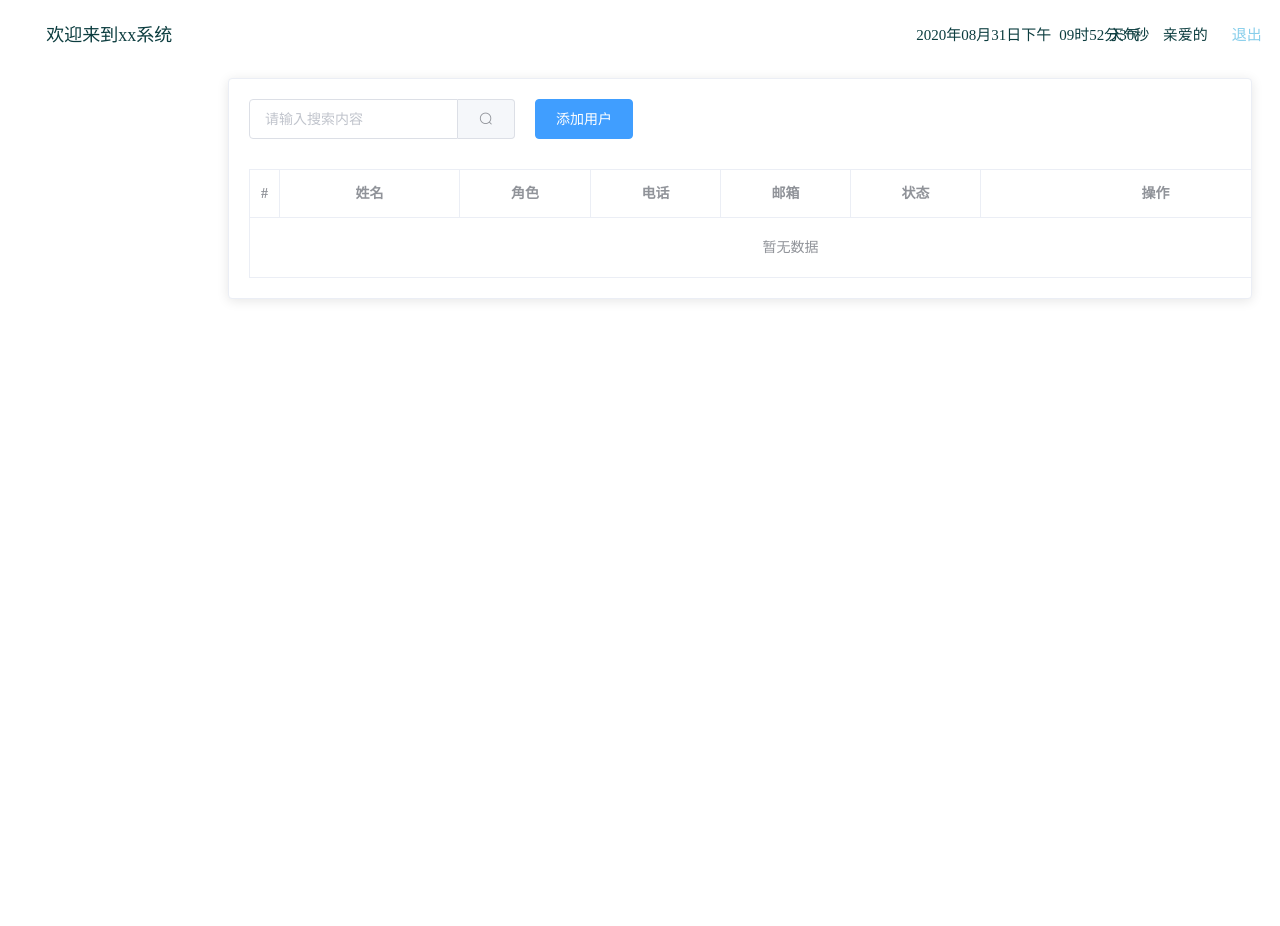
Repository: 2510699771/background-system
Page: /users/users
The author's editor kept a copy of each file at every save. The page is drawn from the files as they stood at one save, then again after the next save.
The browser window is 1280 px wide. The pictures show the whole page.
The page's requests for data from a server got no answer. The project was rebuilt for these pictures with package versions that can differ from the ones it lists, and the page was loaded fresh each time. No one was signed in, and anything a server would have sent is missing. Also part of the build but not shown: vue.config.js, src/views/Home.vue.

Above is the page before, as saved 2020-08-31 22:08:01.

### src/main.js
import Vue from 'vue'
import App from './App.vue'
import router from './router'
import store from './store'
import ElementUI from 'element-ui';
import 'element-ui/lib/theme-chalk/index.css';

Vue.config.productionTip = false
Vue.use(ElementUI);

new Vue({
  router,
  store,
  el: '#app',
  render: h => h(App)
}).$mount('#app')

### src/App.vue
<template>
  <div id="app">

    <router-view/>
  </div>
</template>

<style lang="stylus">
</style>

### src/router/index.js
import Vue from 'vue'
import VueRouter from 'vue-router'
import Home from '../views/Home.vue'
import Layout from "../views/Layout/Layout.vue"

Vue.use(VueRouter)

const routes = [
  //首页
  {
    path: "/home",
    component: Layout,
    meta: {
      icon: 'el-icon-s-home'
    },
    children: [{
      path: "",
      name: 'Home',
      component: Home,
      meta: {
        title: '首页',
        parentpath: '/home',
        icon: 'el-icon-s-home'
      }
    }, ]
  },
  {
    path: '/',
    redirect: '/home'
  },
  //数据统计
  {
    path: "/reports",
    component: Layout,
    meta: {
      icon: 'el-icon-message'
    },
    children: [{
      path: "reports",
      name: "reports",
      component: () => import("../views/Reports/Reports.vue"),
      meta: {
        title: '数据报表',
        parentpath: "/reports/reports",
        icon: 'el-icon-position'
      }
    }]
  },
  //订单管理
  {
    path: "/orders",
    component: Layout,
    meta: {
      icon: 'el-icon-notebook-2'
    },
    children: [{
      path: "orders",
      name: "orders",
      component: () => import("../views/Orders/Orders.vue"),
      meta: {
        title: '订单列表',
        parentpath: "/orders/orders",
        icon: 'el-icon-folder-add'
      }
    }, ]
  },
  //商品管理
  {
    path: "/goods",
    component: Layout,
    meta: {
      icon: 'el-icon-shopping-bag-1'
    },
    children: [{
        path: "goods",
        name: "goods",
        component: () => import("../views/Goodlist/Goodlist.vue"),
        meta: {
          title: '商品列表',
          parentpath: "/goods/goods",
          icon: 'el-icon-bangzhu'
        }
      },
      {
        path: "params",
        name: "params",
        component: () => import("../views/Goodsparams/Goodsparams.vue"),
        meta: {
          title: '分类参数',
          parentpath: "/goods/params",
          icon: 'el-icon-bell'
        }
      }, {
        path: "categories",
        name: "categories",
        component: () => import("../views/GoodsCategories/GoodsCategories.vue"),
        meta: {
          title: '商品分类',
          parentpath: "/goods/categories",
          icon: 'el-icon-date'
        }
      },
    ]
  },
  //用户管理
  {
    path: "/users",
    component: Layout,
    meta: {
      icon: 'el-icon-user'
    },
    children: [{
      path: "users",
      name: "users",
      component: () => import("../views/UserList/UserList.vue"),
      meta: {
        title: '用户列表',
        parentpath: "/users/users",
        icon: 'el-icon-user'
      }
    }, ]
  },
  //权限管理
  {
    path: "/rights",
    component: Layout,
    meta: {
      icon: 'el-icon-folder'
    },
    children: [{
      path: "roles",
      name: "roles",
      component: () => import("../views/Rolelist/Rolelist.vue"),
      meta: {
        title: '角色列表',
        parentpath: "/rights/roles",
        icon: 'el-icon-setting'
      }
    }, {
      path: "rights",
      name: "rights",
      component: () => import("../views/Permissionslist/Permissionslist.vue"),
      meta: {
        title: '权限列表',
        parentpath: "/rights/rights",
        icon: 'el-icon-c-scale-to-original'
      }
    }, ]
  },
  //登录
  {
    path: '/login',
    name: 'login',
    component: () => import('../views/Login/Login.vue')
  }
]
const isPro = process.env.NODE_ENV === 'production'

const router = new VueRouter({
  mode: isPro ? 'hash' : 'history',
  base: process.env.BASE_URL,
  routes
})

export default router

### src/store/index.js
import Vue from 'vue'
import Vuex from 'vuex'
import user from "./user/user"

Vue.use(Vuex)

export default new Vuex.Store({
  //存储共享数据
  state: {},
  //同步修改state的值
  mutations: {},
  //用来发请求，异步提交mutation
  actions: {},
  //模块
  modules: {
    user
  }
})

### src/views/Layout/Layout.vue
<template>
  <div>
    <el-container>
      <el-header height="50px">
        <top></top>
      </el-header>
      <el-container>
        <el-aside width="200px">
          <left></left>
        </el-aside>
        <el-main>
          <router-view />
        </el-main>
      </el-container>
    </el-container>
  </div>
</template>

<script>
import top from "../../components/Layout/Top";
import left from "../../components/Layout/Left";
export default {
  name: "",
  //接受父组件传递的数据
  props: {},
  //注册组件
  components: {
    top,
    left,
  },
  data() {
    return {};
  },
  methods: {},
  mounted() {},
  watch: {},
  computed: {},
};
</script>

<style scoped lang='scss'>
.el-main {
  height: 860px;
}
</style>

### src/views/UserList/UserList.vue
<template>
  <div>
    <el-card class="box-card">
      <div style="width:30vw;display:flex">
        <el-input placeholder="请输入搜索内容" v-model="value" class="input-with-select">
          <el-button slot="append" icon="el-icon-search"></el-button>
        </el-input>
        <el-button type="primary" style="margin-left:20px">添加用户</el-button>
      </div>
      <div style="width:84.5vw;margin-top:30px">
        <el-table :data="userslist" border style="width: 100%" stripe>
          <el-table-column prop="date" label="#" width="30" type="index" align="center"></el-table-column>
          <el-table-column prop="username" label="姓名" width="180" align="center"></el-table-column>
          <el-table-column prop="role_name" label="角色" align="center"></el-table-column>
          <el-table-column prop="create_time" label="电话" align="center"></el-table-column>
          <el-table-column prop="email" label="邮箱" align="center"></el-table-column>
          <el-table-column prop="address" label="状态" align="center">
            <template slot-scope="scope">
              <el-switch
                v-model="scope.row.mg_state"
                active-color="#13ce66"
                @change="change(scope)"
                inactive-color="#A9A9A9"
              ></el-switch>
            </template>
          </el-table-column>
          <el-table-column prop="address" label="操作" align="center" width="350px" min-width="10px">
            <template slot-scope="scope">
              <el-button
                type="primary"
                size="mini"
                icon="el-icon-edit"
                @click="handleEdit(scope.$index, scope.row)"
              ></el-button>
              <el-button
                type="danger"
                icon="el-icon-delete"
                size="mini"
                @click="handleEdit(scope.$index, scope.row)"
              ></el-button>
              <el-button
                type="warning"
                size="mini"
                icon="el-icon-setting"
                @click="handleEdit(scope.$index, scope.row)"
              ></el-button>
            </template>
          </el-table-column>
        </el-table>
      </div>
      <!-- <div style="margin-top:20px">
        <el-pagination
          @size-change="handleSizeChange"
          @current-change="handleCurrentChange"
          :current-page="currentPage"
          :page-sizes="pageSizes"
          :page-size="pageSize"
          layout="total, sizes, prev, pager, next, jumper"
          :total="uselist.length"
        ></el-pagination>
      </div>-->
    </el-card>
  </div>
</template>

<script>
import { createNamespacedHelpers } from "vuex";
const userModule = createNamespacedHelpers("user");
const { mapState: userState, mapActions: userActions } = userModule;
export default {
  name: "",
  //接受父组件传递的数据
  props: {},
  //注册组件
  components: {},
  data() {
    return {
      value: "",
      currentPage: 1,
      pageSizes: [5, 15, 20, 30],
      pagesize: 5, //每页显示条数
      pagenum: 1, //当前页码
      query: "", //查询参数
    };
  },
  methods: {
    change(e) {
      console.log(e);
      console.log(111);
    },
    //方法展开
    ...userActions(["getUsers"]),

    handleSizeChange(val) {
      console.log(`每页 ${val} 条`);
    },
    handleCurrentChange(val) {
      console.log(`当前页: ${val}`);
    },
    // getUsers() {
    //   this.$store.dispatch("user/getUsers", {
    //     query: this.query,
    //     pagenum: this.pagenum,
    //     pagesize: this.pagesize,
    //   });
    // },
  },
  mounted() {
    // this.getUsers();
    this.getUsers({
      query: this.query,
      pagenum: this.pagenum,
      pagesize: this.pagesize,
    });
  },
  watch: {},
  computed: {
    //数据展开
    ...userState(["userslist"]),
  },
};
</script>

<style scoped lang='scss'>
</style>

### src/store/user/user.js
import api from "../../http/api"
import router from "../../router"
import {
    Message
} from "element-ui"
export default {
    //开启命名空间
    namespaced: true,
    //存储共享数据
    state: {
        menus: [], //侧边导航

        userslist: [], //用户管理用户列表
        pagesize: 5, //每页显示条数
        pagenum: 1, //当前页码
        query: "", //查询参数

    },
    //同步修改state的值
    mutations: {
        //侧边导航栏方法
        setMenus(state, data) {
            state.menus = data
        },
        //用户管理列表
        setUserslist(state, data) {
            state.userslist = data
        }
    },

    //用来发请求，异步提交mutation
    actions: {
        //所有的请求都写在actions中

        //提交commit
        async getMenus({
            commit
        }) {
            let res = await api.getMenus()
            if (res.meta.status === 200) {
                res.data.unshift({
                    path: 'home',
                    authName: '首页',
                })
                res.data.map(item => {
                    item.path = '/' + item.path
                    router.options.routes.map(item2 => {
                        if (item.path === item2.path) {
                            item.icon = item2.meta.icon
                            if (item2.children && item2.children.length > 0) {
                                item2.children.map(item3 => {
                                    if (item.children && item.children.length > 0) {
                                        item.children.map(item4 => {
                                            if (item4.path === item3.path) {
                                                item4.icon = item3.meta.icon
                                            }
                                        })
                                    }
                                })
                            }
                        }
                    })
                    if (item.children && item.children.length > 0) {
                        item.children.map(item1 => {
                            item1.path = item.path + '/' + item1.path
                        })
                    }

                })
                commit('setMenus', res.data)

            }
        },

        //没有提交commit
        async login({
            commit
        }, {
            username,
            password
        }) {
            let res = await api.login({
                username,
                password
            })
            if (res.meta.status) {
                localStorage.setItem('admitToken', res.data.token)
                localStorage.setItem('admitUser', JSON.stringify(res.data))
                router.push('/')
                Message.success('登录成功')
                console.log(commit)
            }
        },

        async getUsers({
            commit
        }, {
            query,
            pagenum,
            pagesize,
        }) {
            let res = await api.getUsers(
                query, pagenum, pagesize
            )
            if (res.meta.status === 200) {
                console.log(res, "用户列表")
                commit('setUserslist', res.data.users)
            }
        }
    },
}

### src/components/Layout/Top.vue
<template>
  <div class="alltop">
    <div class="topContent">
      <div>欢迎来到xx系统</div>
      <div class="userinfo">
        <div class="time">
          <div>{{year}}</div>
          <div>{{prompt}}</div>
          <div style="margin:0 8px">{{specific}}</div>
        </div>
        <div style="width:30%">
          <div style="margin:0 12px">天气</div>
          <div style="margin:0 12px">亲爱的{{username}}</div>
          <div style="color:skyblue;cursor:pointer;margin:0 12px">退出</div>
        </div>
      </div>
    </div>
  </div>
</template>

<script>
import dayjs from "dayjs";
export default {
  name: "",
  //接受父组件传递的数据
  props: {},
  //注册组件
  components: {},
  data() {
    return {
      year: "",
      specific: "",
      prompt: "",
      username: "",
    };
  },
  methods: {
    getTime() {
      let time = dayjs(new Date()).format("YYYY年MM月DD日");
      let hour = dayjs(new Date()).format("HH");
      console.log(hour);
      if (0 <= hour && hour <= 12) {
        this.prompt = "上午";
      } else if (24 > hour && hour > 12) {
        this.prompt = "下午";
      }
      let specific = dayjs(new Date()).format("hh时mm分ss秒");
      this.year = time;
      this.specific = specific;
    },
  },
  mounted() {
    let name = JSON.parse(localStorage.getItem("admitUser"));
    if (name) {
      this.username = name.username;
    }
    setInterval(() => {
      this.getTime();
    }, 1000);
  },
  watch: {},
  computed: {},
};
</script>

<style scoped lang='scss'>
.alltop {
  color: rgb(12, 61, 63);
  width: 100%;
  height: 50px;
  display: flex;
  justify-content: center;
  align-content: center;
  font-size: 18px;
  .topContent {
    width: 97%;
    display: flex;
    justify-content: space-between;
    align-items: center;
    .userinfo {
      display: flex;
      width: 25%;
      justify-content: space-around;
    }
    .userinfo > div {
      height: 50px;
      align-items: center;
      display: flex;
      justify-content: center;
      font-size: 15px;
      white-space: nowrap;
    }
  }
}
.time {
  width: 15vw;
  display: flex;
  align-items: center;
}
</style>

### src/components/Layout/Left.vue
<template>
  <div>
    <el-menu router :default-active="$route.meta.parentpath" unique-opened>
      <!-- 最外层循环el-submenu不能直接在标签内部循环，需要在外部插槽循环然后给内容绑定:key -->
      <template v-for="item in menus">
        <el-submenu
          :key="item.id"
          :index="item.path"
          v-if="item.children && item.children.length > 0"
        >
          <!-- ！！！template标签必须要有slot="title"不然就为内容 -->
          <template slot="title">
            <i :class="item.icon"></i>
            <span>{{item.authName}}</span>
          </template>
          <!-- 第二层标题循环用<el-menu-item-group>标签包裹 -->
          <el-menu-item-group>
            <!-- el-menu-item标签 :index绑定路由 可在标签内循环 -->
            <el-menu-item v-for="item1 in item.children" :index="item1.path" :key="item1.id">
              <!-- slot="title"可加可不加 -->
              <i :class="item1.icon"></i>
              <span slot="title">{{item1.authName}}</span>
            </el-menu-item>
          </el-menu-item-group>
        </el-submenu>
        <!-- v-else 如果item下的list为空的时候取消折叠 -->
        <el-menu-item :index="item.path" :key="item.id" v-else>
          <i :class="item.icon"></i>
          <span slot="title">{{ item.authName }}</span>
        </el-menu-item>
      </template>
    </el-menu>
  </div>
</template>

<script>
import { createNamespacedHelpers } from "vuex";
const userModule = createNamespacedHelpers("user");
const { mapState: userState, mapActions: userActions } = userModule;

export default {
  name: "",
  //接受父组件传递的数据
  props: {},
  //注册组件
  components: {},
  data() {
    return {};
  },
  methods: {
    //方法展开
    ...userActions(["getMenus"]),
  },
  mounted() {
    this.getMenus();
  },
  watch: {},
  computed: {
    //数据展开
    ...userState(["menus"]),
  },
};
</script>

<style scoped lang='scss'>
</style>

### src/http/api.js
import service from "./index"

export default {
    //登录
    login({
        username,
        password
    }) {
        return service.post('/login', {
            username,
            password
        })
    },
    //侧边导航
    getMenus() {
        return service.get('menus')
    },

    //用户数据列表
    getUsers(
        query, //查询参数
        pagenum, //当前页码
        pagesize //每页显示条数

    ) {
        return service.get(`users?query=${query}&pagenum=${pagenum}&pagesize=${pagesize}`)
    }

}

### src/http/index.js
import axios from "axios"
import nprogress from "nprogress"
import {
    Message
} from "element-ui"

//运行环境：本地环境:devLpment和线上(生产)环境:production
const isPro = process.env.NODE_ENV === 'production'

const servic = axios.create({
    //基础路径
    baseURL: isPro ? '线上接口路径' : '/api',
    timeout: 100000
})

//请求拦截
servic.interceptors.request.use((config) => {
    //请求成功的时候上面的进度条开始
    nprogress.start()
    //前后端建权(令牌)
    let token = localStorage.getItem('admitToken')
    if (token) {
        config.headers['Authorization'] = token
    }
    return config
}), err => {
    //请求失败的时候
    nprogress.done()
    return Promise.reject(err)
}


//响应拦截,每一次接口返回路径都会干的事情
servic.interceptors.response.use((res) => {
    nprogress.done()
    return res.data
}), err => {
    //失败的时候
    if (err.response && err.response.status) {
        //错误请求的状态码
        let status = err.response.status
        if (status === 400) {
            Message.error('参数错误')
        }
        if (status === 401) {
            Message.error('登录过期，请重新登录')
        }
        if (status === 403) {
            Message.error('没有权限')
        }
        if (status === 404) {
            Message.error('接口路径错误')
        }
        if (status === 500) {
            Message.error('服务器出错')
        }
        if (status === 400) {
            Message.error('参数错误')
        }
        if (status === 503) {
            Message.error('服务器在维护')
        }
    }
}
export default servic

Loaded but not shown: public/index.html (common file)

After the next save:
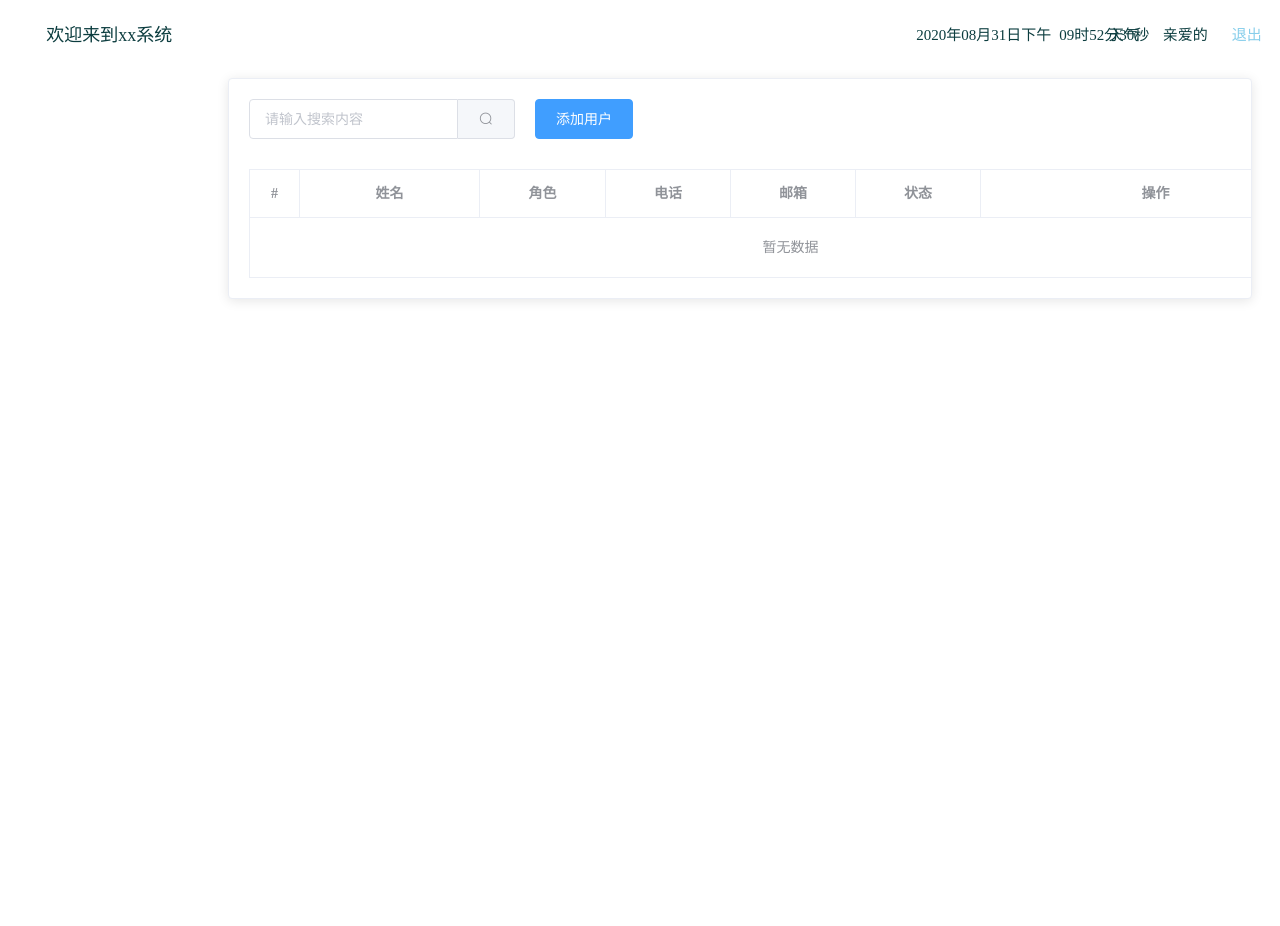
Saved 6 s later.
--- a/src/views/UserList/UserList.vue
+++ b/src/views/UserList/UserList.vue
@@ -9,7 +9,7 @@
       </div>
       <div style="width:84.5vw;margin-top:30px">
         <el-table :data="userslist" border style="width: 100%" stripe>
-          <el-table-column prop="date" label="#" width="30" type="index" align="center"></el-table-column>
+          <el-table-column prop="date" label="#" width="50" type="index" align="center"></el-table-column>
           <el-table-column prop="username" label="姓名" width="180" align="center"></el-table-column>
           <el-table-column prop="role_name" label="角色" align="center"></el-table-column>
           <el-table-column prop="create_time" label="电话" align="center"></el-table-column>
